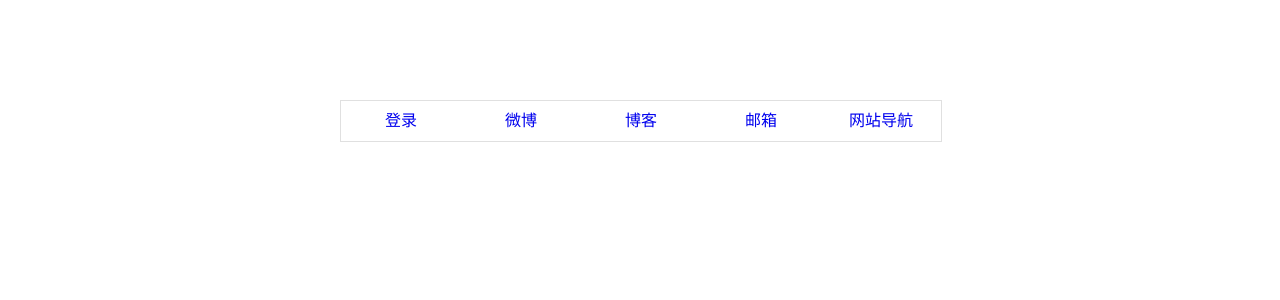
Repository: Sky0258/study
Page: js/新浪下拉框.html
An editor plug-in stored every save of this project. The page is shown before and after the next save, followed by the edit.
The browser window is 1280 px wide. The pictures show the whole page.

Above is the page before, as saved 2022-09-11 16:22:20.

### js/新浪下拉框.html
<!DOCTYPE html>
<html lang="en">

<head>
    <meta charset="UTF-8">
    <meta http-equiv="X-UA-Compatible" content="IE=edge">
    <meta name="viewport" content="width=device-width, initial-scale=1.0">
    <title>Document</title>
</head>
<style>
    * {
        padding: 0;
        margin: 0;
    }
    li {
        list-style: none;
    }
    a {
        text-decoration: none;
    }
    .tab {
        margin: 100px auto;
        width: 600px;
        /* border: 1px solid #e0e0e0; */
    }
    .tab > ul {
        width: 100%;
        display: flex;
        border: 1px solid #e0e0e0;
    }
    .tab > ul > li {
        flex: 1;
        text-align: center;
        line-height: 40px;
    }
    .tab > ul > li a {
        display: block;
        width: 100%;
    }
    .tab > ul > li:hover {
        background-color: #edecec;
        color: #ff8800;
    }
    .list ul {
        display: none;
    }
</style>
<body>
    <div class="tab">
        <ul class="list">
            <li>
                <a href="#">登录</a>
                <ul>
                    <li>私信</li>
                    <li>评论</li>
                    <li>@我</li>
                </ul>
            </li>
            <li>
                <a href="#">微博</a>
                <ul>
                    <li>私信</li>
                    <li>评论</li>
                    <li>@我</li>
                </ul>
            </li>
            <li>
                <a href="#">博客</a>
                <ul>
                    <li>私信</li>
                    <li>评论</li>
                    <li>@我</li>
                </ul>
            </li>
            <li>
                <a href="#">邮箱</a>
                <ul>
                    <li>私信</li>
                    <li>评论</li>
                    <li>@我</li>
                </ul>
            </li>
            <li>
                <a href="#">网站导航</a>
                <ul>
                    <li>私信</li>
                    <li>评论</li>
                    <li>@我</li>
                </ul>
            </li>
        </ul>
    </div>
</body>

</html>

After the next save:
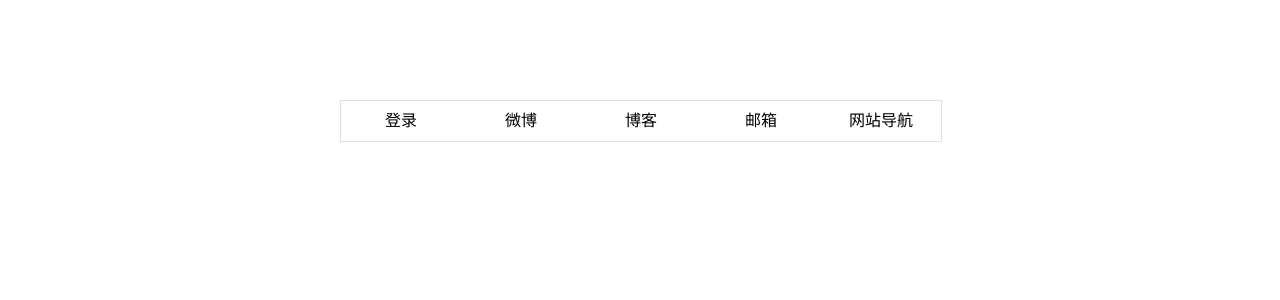
Saved 20 s later.
--- a/js/新浪下拉框.html
+++ b/js/新浪下拉框.html
@@ -36,8 +36,9 @@
     .tab > ul > li a {
         display: block;
         width: 100%;
+        color: black;
     }
-    .tab > ul > li:hover {
+    .tab > ul > li a:hover {
         background-color: #edecec;
         color: #ff8800;
     }
